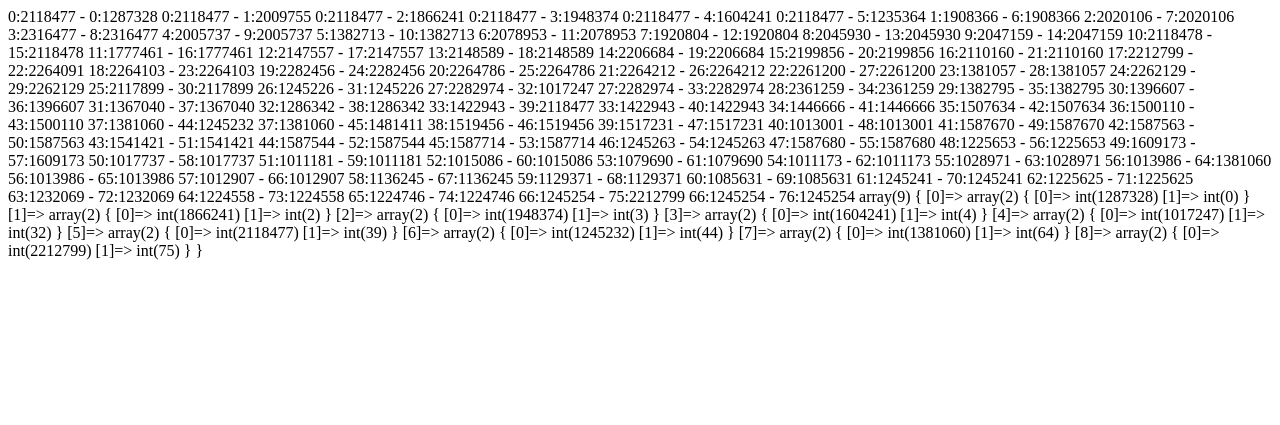
Repository: lokkie/php-simple_framework
Page: http://localhost/tests/UpdateTest.php
The author's editor kept a record of every edit. The page is drawn from the files as they stood at one moment, then again after the next edit.
The browser window is 1280 px wide. The pictures show the whole page.
The page is run by PHP 8.4 with error messages shown; the project is at /var/www/html/.

Above is the page before.

After the next edit:
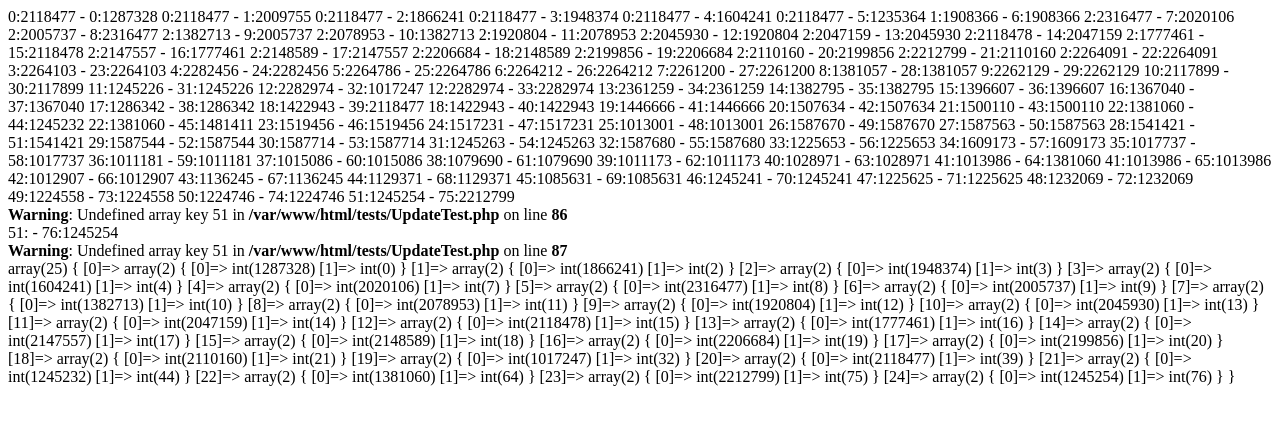
The edit:
--- a/tests/UpdateTest.php
+++ b/tests/UpdateTest.php
@@ -64,7 +64,7 @@
 
 function updateItems2 (array $ids) {
 	$nonPositioned = [2118477, 1235364, 1948374, 1604241, 1866241,
-					1908366, 2020106, 2316477, 2005737, 1382713, 2078953,
+					1908366, 2316477, 2005737, 1382713, 2078953,
 					1920804, 2045930, 2047159, 2118478, 1777461, 2147557,
 					2148589, 2206684, 2199856, 2110160, 2212799, 2264091,
 					2264103, 2282456, 2264786, 2264212, 2261200, 1381057,

After the edit that followed:
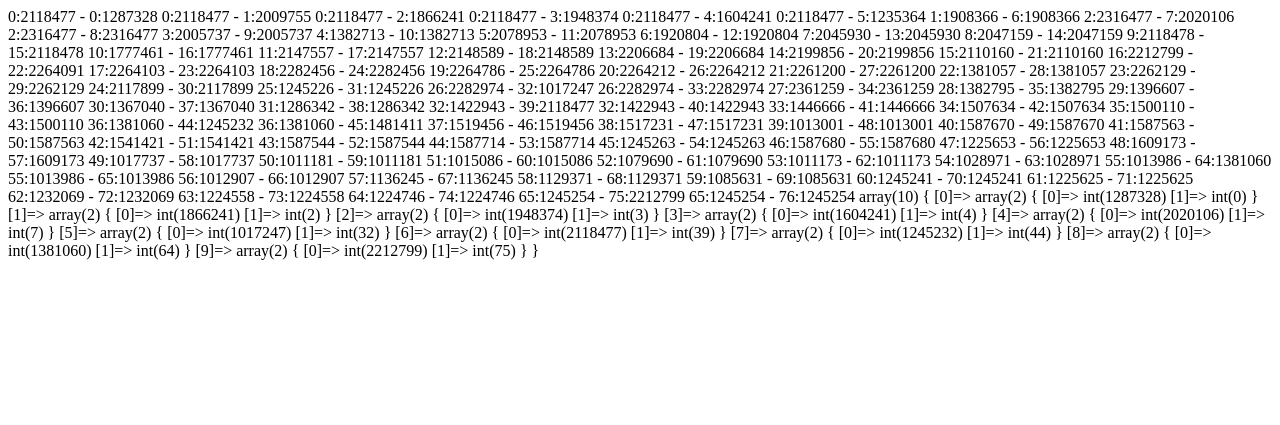
The edit:
--- a/tests/UpdateTest.php
+++ b/tests/UpdateTest.php
@@ -76,7 +76,7 @@
 					1011181, 1015086, 1079690, 1011173, 1028971, 1245232,
 					1013986, 1012907, 1136245, 1129371, 1085631, 1245241,
 					1225625, 1232069, 1224558, 1224746, 1245254];
-	$positioned = [2 => 2009755];
+	$positioned = [2 => 2009755, 7 => 2020106];
 
 	$localIndex = 0;
 	$stepSize = 1;
